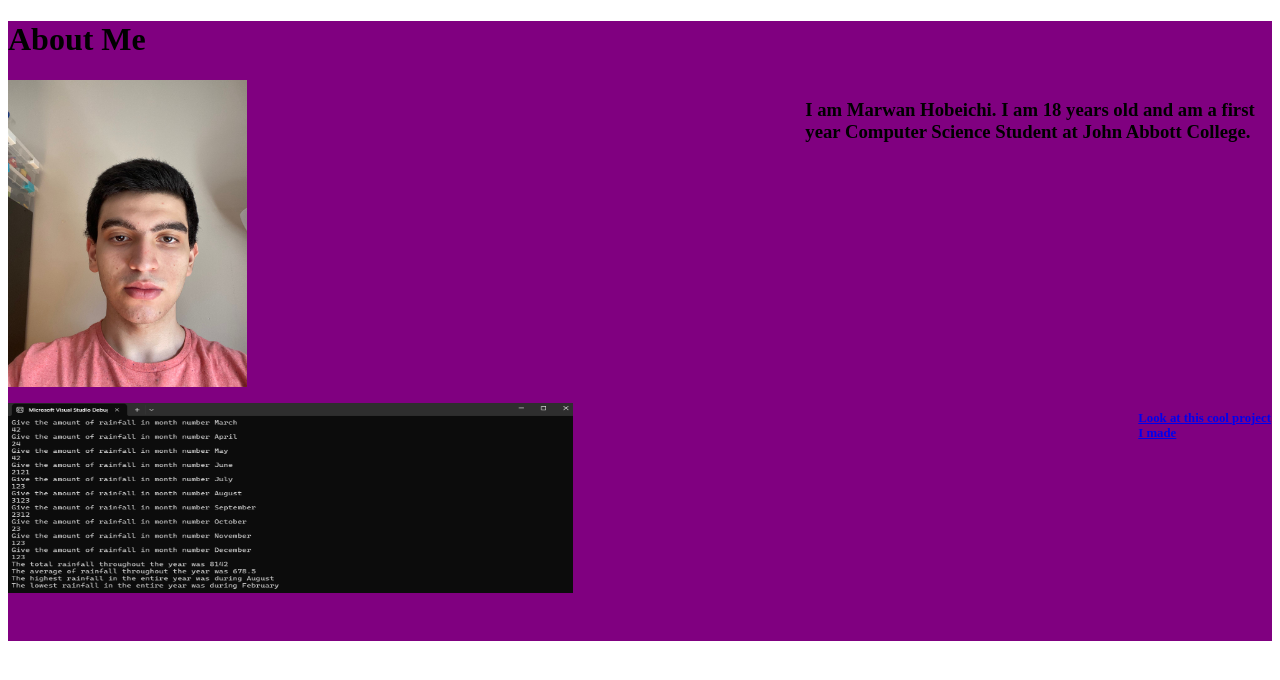
Repository: captainm64/captainm64
Page: index.html
The author's editor kept a copy of each file at every save. The page is drawn from the files as they stood at one save, then again after the next save.
The browser window is 1280 px wide. The pictures show the whole page.

Above is the page before, as saved 2026-05-12 09:29:28.

### index.html
<!DOCTYPE html>
<html>
    <head>
        <link rel = "stylesheet" href = "./styles/index.css" />
         <link rel = "stylesheet" href = "./styles/global.css" />
         <title>HomePage</title>
    </head>
<body>
<Header id = "Title">
<main>
<h1> About Me </h1>

<div class = "Me">

 <div>
 <img src="./assets/images/Marwan.jpg" alt = "Marwan Hobeichi looking at the camera"/>
 </div>

 <h3> I am Marwan Hobeichi. I am 18 years old and am a first year Computer Science Student at John Abbott College.</h3>

</div>



<div class = "projtxt">

 <div>
 <img src="./assets/images/demo2.png" alt = "Demonstration of an old project"/>
 </div>

 <a href = projectshow.html><h1>Look at this cool project I made</h1></a>

</div>
</main>
</html>

### styles/index.css
main{

   background-color: purple;
}


img{

   height: 55%;
   width: 45%;
}

.Me{

   display: flex;

   flex-direction: column;
}

.projtxt{

   display: flex;

   flex-direction: column;

}

.projtxt img {

   height: 100%;
   width: 100%

}

.demos{

   display: flex;

   justify-content: space-evenly;

   flex-direction: column;
}

.demos{

   height: 50rem;
   width: 80rem
}

#Main{

font-size: 30rem;
font-family: "timesnewromanbold";
color: rgb(0, 0, 0);


}


/*Tablet*/
@media (min-width: 768px) {

    img{

   height: 95%;
   width: 50%;
   }

   .Me{

   display: flex;

   flex-direction: row;
   }

.projtxt{

      display: flex;
      flex-direction: row;
      font-size: 40%

   }

   .projtxt img {

   width: 50%

  }

  .demos{

   height: 70%;
   width: 150%;


   display: flex;
   flex-direction: row
}

}

/* laptop */
@media(min-width: 1025px)
{
     img{

   height: 95%;
   width: 30%;
   }


  .Me{

   display: flex;

   flex-direction: row;
   }

   .projtxt{

          display: flex;

      flex-direction: row;

      font-size: 40%
   }


   .projtxt img {

   height: 80%

  }

  .demos{

   height: 70%;
   width: 150%;
    display: flex;
    justify-content: left;
   flex-direction: row
}

}

### styles/global.css

@font-face {

    font-family: "timesnewroman";
    src: url(/assests/fonts/timesnewroman.ttf);
}

After the next save:
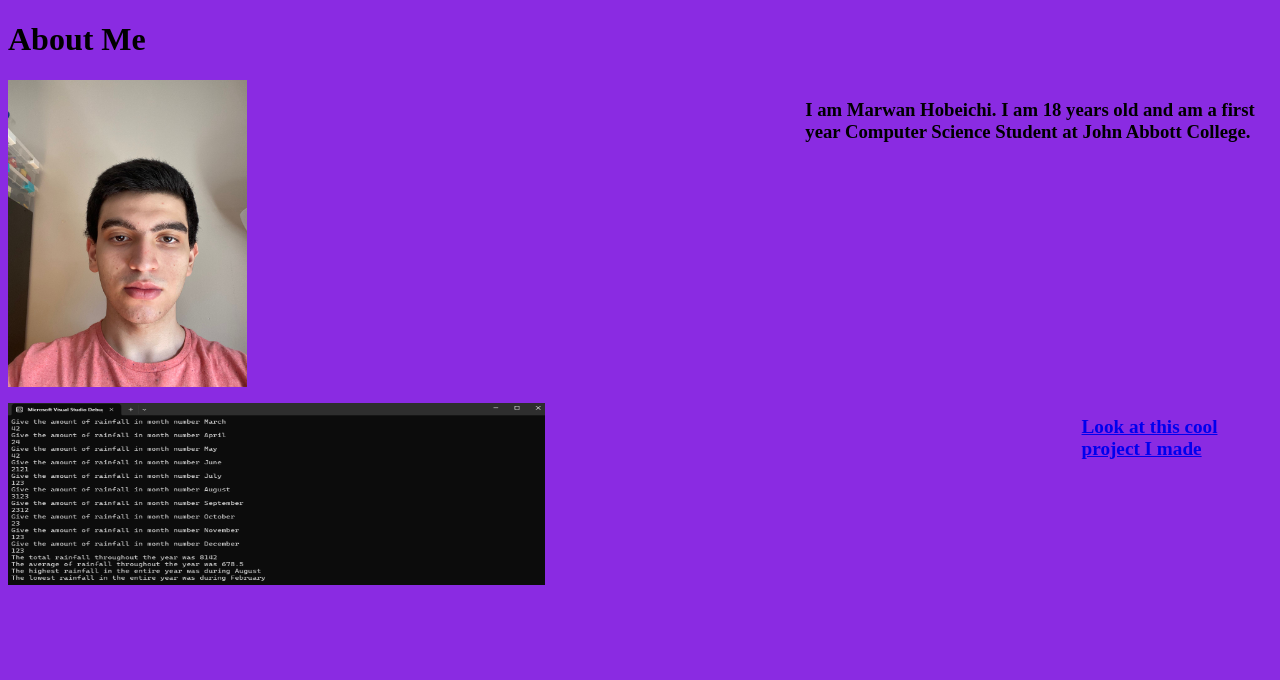
Saved 2 min 32 s later.
--- a/styles/index.css
+++ b/styles/index.css
@@ -1,6 +1,5 @@
-main{
-
-   background-color: purple;
+html{
+   background-color: blueviolet;
 }
 
 
@@ -77,7 +76,7 @@ color: rgb(0, 0, 0);
 
       display: flex;
       flex-direction: row;
-      font-size: 40%
+      font-size: 80%
 
    }
 
@@ -122,7 +121,7 @@ color: rgb(0, 0, 0);
 
       flex-direction: row;
 
-      font-size: 40%
+      font-size: 60%
    }
 
 
